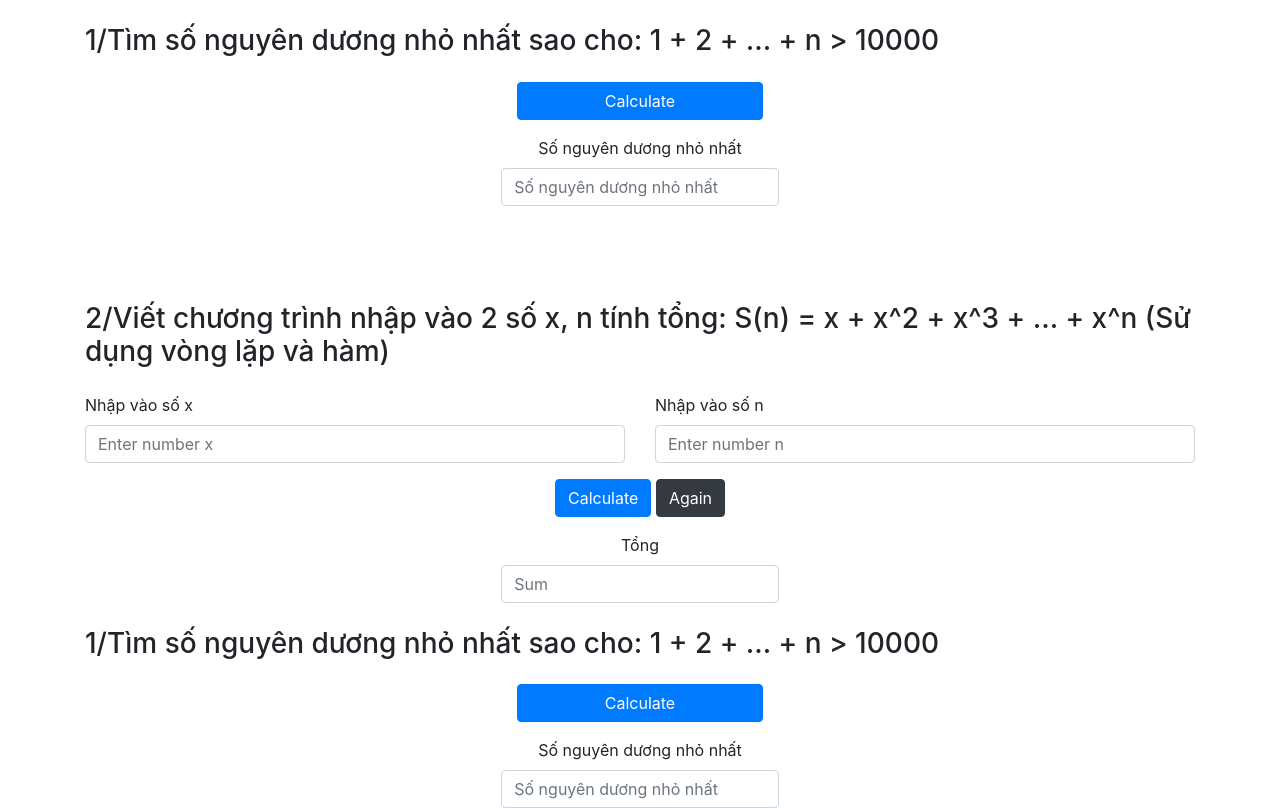
Repository: baobaodeveloper/bootcamp21__loop__HuynhAnhBao
Page: index.html
These files come from the project's save history. The page is drawn as it stood at one moment and after the next save; the edit follows.
The browser window is 1280 px wide. The pictures show the whole page.

Above is the page before, as saved 2022-03-16 23:28:29.

### index.html
<!DOCTYPE html>
<html lang="en">
  <head>
    <title>Exercise Js</title>
    <!-- Required meta tags -->
    <meta charset="utf-8" />
    <meta
      name="viewport"
      content="width=device-width, initial-scale=1, shrink-to-fit=no"
    />

    <!-- Bootstrap CSS -->
    <link
      rel="stylesheet"
      href="https://stackpath.bootstrapcdn.com/bootstrap/4.3.1/css/bootstrap.min.css"
      integrity="sha384-ggOyR0iXCbMQv3Xipma34MD+dH/1fQ784/j6cY/iJTQUOhcWr7x9JvoRxT2MZw1T"
      crossorigin="anonymous"
    />
  </head>
  <body>
    <!--1/Tìm số nguyên dương nhỏ nhất sao cho:
    1 + 2 + … + n > 10000-->
    <div class="container mt-4">
      <h3>1/Tìm số nguyên dương nhỏ nhất sao cho: 1 + 2 + … + n > 10000</h3>
      <div class="mb-3 flex-md-column d-flex w-25 m-auto text-center">
        <button type="button" id="min-number" class="btn btn-primary m-3">
          Calculate
        </button>
        <label class="form-label">Số nguyên dương nhỏ nhất</label>
        <input
          type="email"
          class="form-control"
          id="result1"
          placeholder="Số nguyên dương nhỏ nhất"
        />
      </div>
    </div>

    <!--2/Viết chương trình nhập vào 2 số x, n tính tổng: S(n) = x + x^2 + x^3 + … + x^n (Sử
    dụng vòng lặp và hàm)-->
    <div class="container mt-5 pt-5">
      <h3>
        2/Viết chương trình nhập vào 2 số x, n tính tổng: S(n) = x + x^2 + x^3 +
        … + x^n (Sử dụng vòng lặp và hàm)
      </h3>
      <div class="row mt-4">
        <div class="col">
          <label class="form-label">Nhập vào số x</label>
          <input
            type="text"
            class="form-control"
            placeholder="Enter number x"
            id="number-x"
          />
        </div>
        <div class="col">
          <label class="form-label">Nhập vào số n</label>
          <input
            type="text"
            class="form-control"
            placeholder="Enter number n"
            id="number-n"
          />
        </div>
      </div>

      <div class="m-3 text-center">
        <button type="button" id="calculate-sum" class="btn btn-primary">
          Calculate
        </button>
        <button type="button" id="calculate-sum-again" class="btn btn-dark">
          Again
        </button>
      </div>

      <div class="w-25 m-auto text-center">
        <label class="form-label">Tổng</label>
        <input
          type="email"
          class="form-control"
          id="result2"
          placeholder="Sum"
        />
      </div>
    </div>

    <!--3/Nhập vào n. Tính giai thừa 1*2*...n-->
    <div class="container mt-4">
      <h3>1/Tìm số nguyên dương nhỏ nhất sao cho: 1 + 2 + … + n > 10000</h3>
      <div class="mb-3 flex-md-column d-flex w-25 m-auto text-center">
        <button type="button" id="min-number" class="btn btn-primary m-3">
          Calculate
        </button>
        <label class="form-label">Số nguyên dương nhỏ nhất</label>
        <input
          type="email"
          class="form-control"
          id="result1"
          placeholder="Số nguyên dương nhỏ nhất"
        />
      </div>
    </div>

    <!-- Optional JavaScript -->
    <!-- jQuery first, then Popper.js, then Bootstrap JS -->
    <script
      src="https://code.jquery.com/jquery-3.3.1.slim.min.js"
      integrity="sha384-q8i/X+965DzO0rT7abK41JStQIAqVgRVzpbzo5smXKp4YfRvH+8abtTE1Pi6jizo"
      crossorigin="anonymous"
    ></script>
    <script
      src="https://cdnjs.cloudflare.com/ajax/libs/popper.js/1.14.7/umd/popper.min.js"
      integrity="sha384-UO2eT0CpHqdSJQ6hJty5KVphtPhzWj9WO1clHTMGa3JDZwrnQq4sF86dIHNDz0W1"
      crossorigin="anonymous"
    ></script>
    <script
      src="https://stackpath.bootstrapcdn.com/bootstrap/4.3.1/js/bootstrap.min.js"
      integrity="sha384-JjSmVgyd0p3pXB1rRibZUAYoIIy6OrQ6VrjIEaFf/nJGzIxFDsf4x0xIM+B07jRM"
      crossorigin="anonymous"
    ></script>

    <!-- <script src="exercise1.js"></script> -->
    <script src="exercise2.js"></script>
  </body>
</html>

### exercise2.js
const numX = document.getElementById("number-x");
const numN = document.getElementById("number-n");
const result2 = document.getElementById("result2");
document.getElementById("calculate-sum").addEventListener("click", () => {
  if (numN.value && numX.value) {
    let numXValue = +numX.value;
    let numNValue = +numN.value;
    let sum = 0;
    for (let i = 1; i <= numNValue; i++) {
      sum += numXValue ** i;
    }

    result2.value = sum;
  }
});

document.getElementById("calculate-sum-again").addEventListener("click", () => {
  numX.value = "";
  numN.value = "";
  result2.value = "";
});

After the next save:
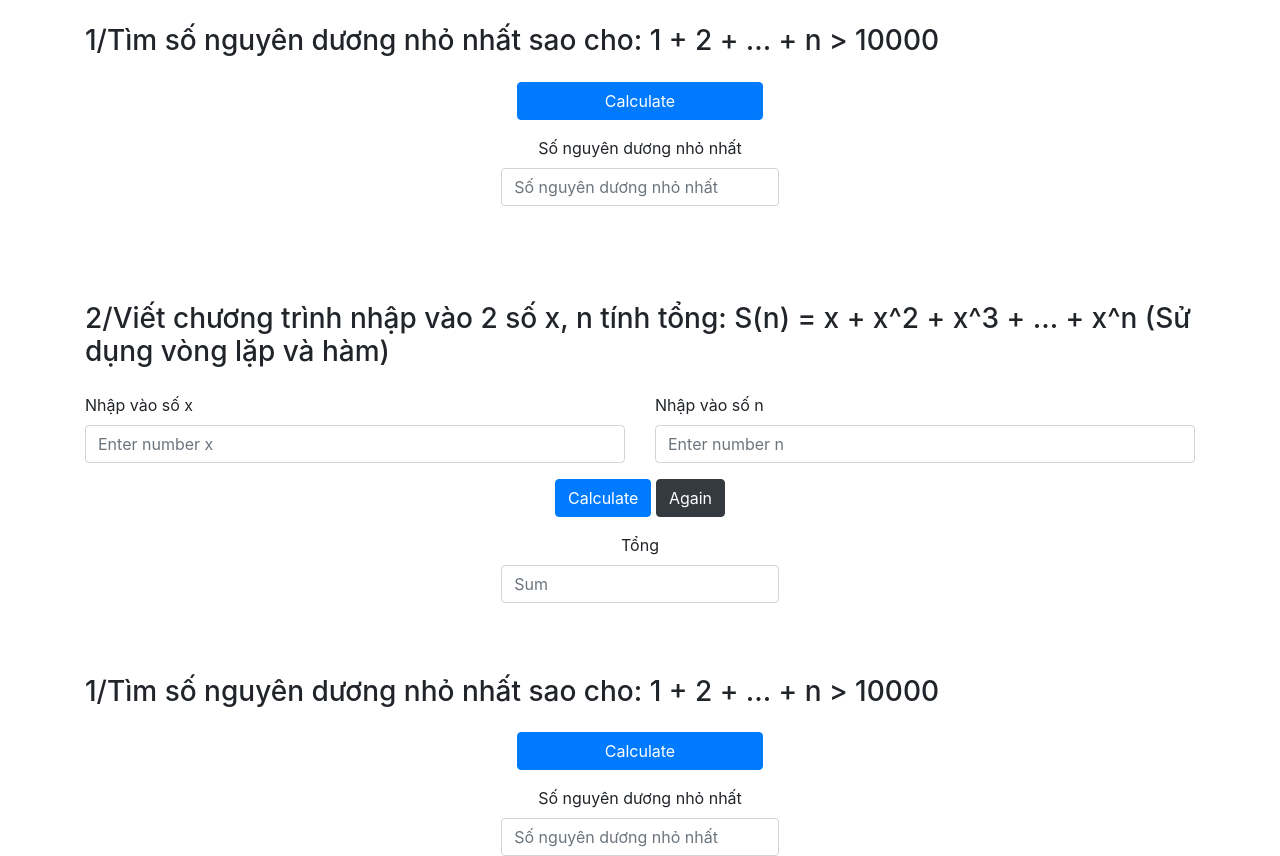
Saved 27 s later.
--- a/index.html
+++ b/index.html
@@ -85,7 +85,7 @@
     </div>
 
     <!--3/Nhập vào n. Tính giai thừa 1*2*...n-->
-    <div class="container mt-4">
+    <div class="container mt-4 pt-5">
       <h3>1/Tìm số nguyên dương nhỏ nhất sao cho: 1 + 2 + … + n > 10000</h3>
       <div class="mb-3 flex-md-column d-flex w-25 m-auto text-center">
         <button type="button" id="min-number" class="btn btn-primary m-3">
